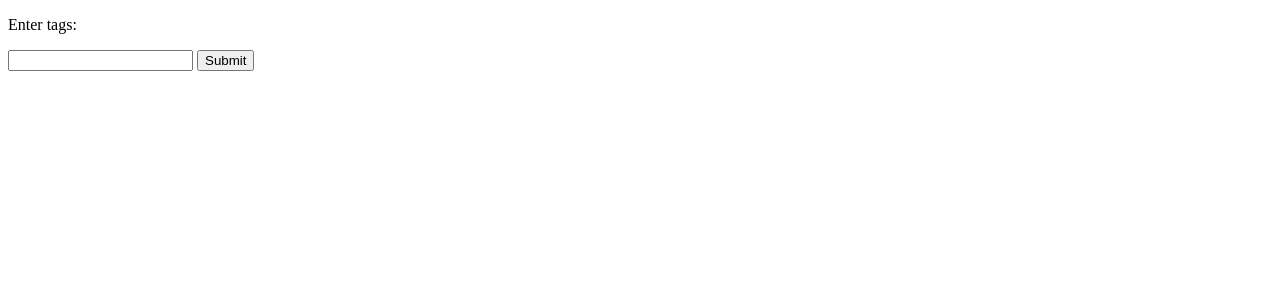
Repository: zhanivanov/PHP_Basics_Course_Homework
Page: http://localhost/1.PrintTags/PrintTags.php
These files come from the project's save history. The page is drawn as it stood at one moment and after the next save; the edit follows.
The browser window is 1280 px wide. The pictures show the whole page.
The page is run by PHP 8.4 with error messages shown; the project is at /var/www/html/.

Above is the page before, as saved 2014-08-20 12:15:13.

### PHP_Working_With_Forms/1.PrintTags/PrintTags.php
<!DOCTYPE html>
<html>
    <head>
        <title>
            Print Tags
        </title>
    </head>
    <body>
        <form method="get" accept-charset="utf-8">
            <div id="outer">
              <p>Enter tags:</p>
              <input type="text" name="text-field"/>
              <input type="submit" name="submit"/>
            </div>
        </form>
    </body>
</html>

<?php
if(isset($_GET['text-field'])){
    $array = $_GET['text-field'].split(', ');
}
?>

After the next save:
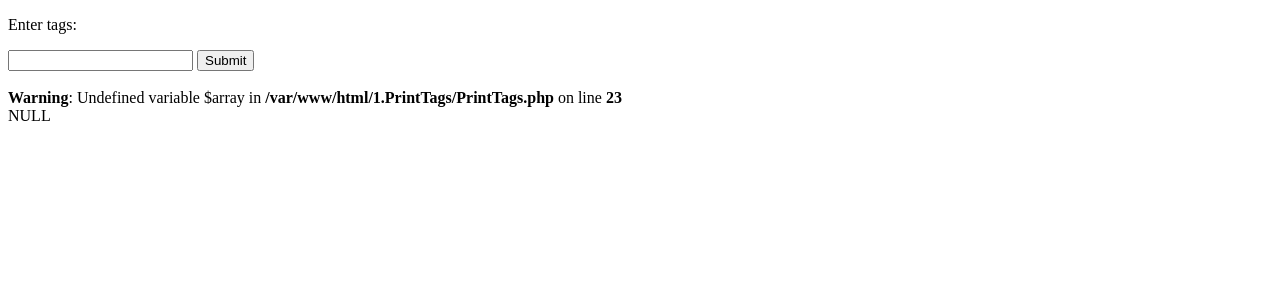
Saved 8 min 7 s later.
--- a/PHP_Working_With_Forms/1.PrintTags/PrintTags.php
+++ b/PHP_Working_With_Forms/1.PrintTags/PrintTags.php
@@ -18,6 +18,7 @@
 
 <?php
 if(isset($_GET['text-field'])){
-    $array = $_GET['text-field'].split(', ');
+    $array = preg_split("/[, ]/", $_GET['text-field']);
 }
+    var_dump($array);
 ?>
